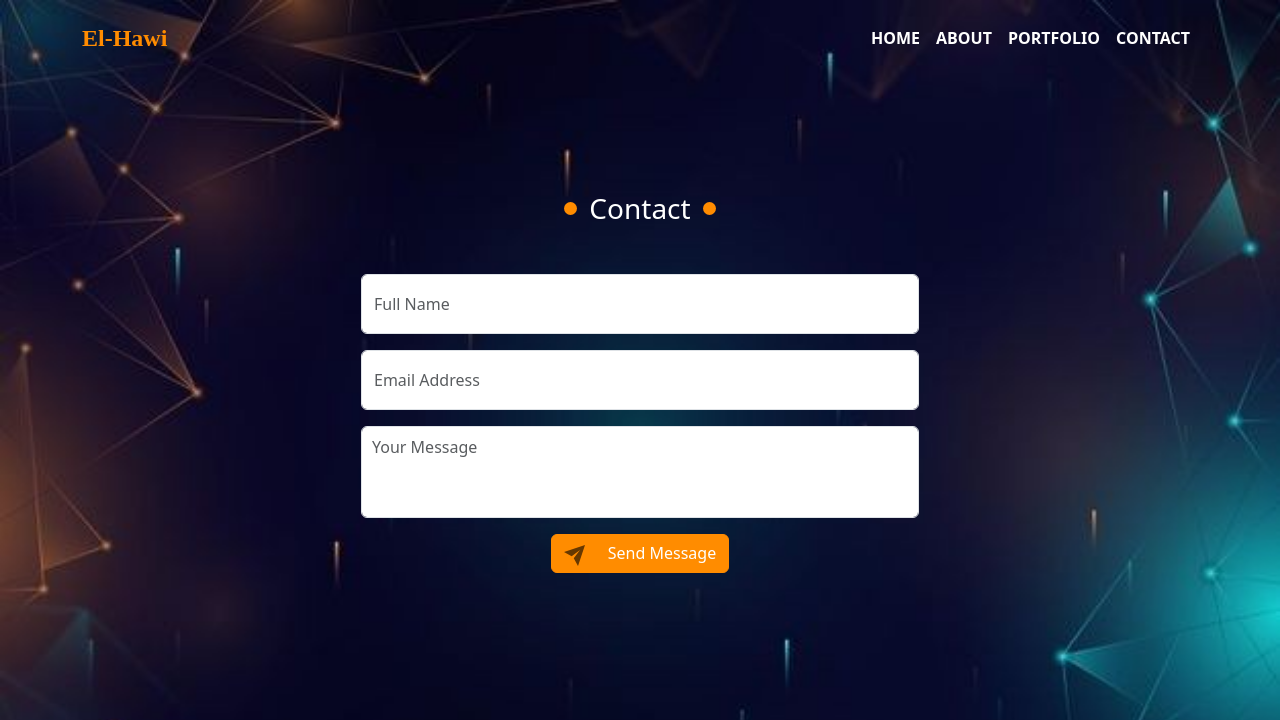
Repository: amralhawi123/Portfolio
Page: /contact
These files come from the project's save history. The page is drawn as it stood at one moment and after the next save; the edit follows.
The browser window is 1280 px wide. The pictures show the whole page.
The project was rebuilt for these pictures with package versions that can differ from the ones it lists, and the page was loaded fresh each time. Also part of the build but not shown: src/components/landing/landing.css, src/components/landing/landing.js, src/components/about/about.css, src/components/about/About.js, src/components/Portfolio/portfolio.css, src/components/Portfolio/Portfolio.js. Imported but missing from the stored project, and not drawn on this page: src/image/Amr Mahmoud Alhawi.pdf.

Above is the page before, as saved 2023-08-28 17:46:45.

### public/index.html
<!DOCTYPE html>
<html lang="en">
  <head>
    <meta charset="utf-8" />
    <link rel="icon" href="%PUBLIC_URL%/favicon.ico" />
    <meta name="viewport" content="width=device-width, initial-scale=1" />
    <meta name="theme-color" content="#000000" />
    <meta
      name="description"
      content="Web site created using create-react-app"
    />
    <link rel="stylesheet" href="https://cdnjs.cloudflare.com/ajax/libs/font-awesome/6.4.2/css/all.min.css" integrity="sha512-z3gLpd7yknf1YoNbCzqRKc4qyor8gaKU1qmn+CShxbuBusANI9QpRohGBreCFkKxLhei6S9CQXFEbbKuqLg0DA==" crossorigin="anonymous" referrerpolicy="no-referrer" />

    <link rel="apple-touch-icon" href="%PUBLIC_URL%/logo192.png" />
    <link rel="manifest" href="%PUBLIC_URL%/manifest.json" />
    <title>My Portfolio</title>
  </head>
  <body>
    <!-- <noscript>You need to enable JavaScript to run this app.</noscript> -->
    <div id="root"></div>

  </body>
</html>

### src/components/navbar/MayNav.js
import React from 'react'
import './Maynav.css'
import { Nav, Navbar } from 'react-bootstrap'

const MayNav = () => {
  return (
       <div className='myNav'>
      <Navbar    expand="lg" data-bs-theme="dark">
      <Navbar.Brand href="#home" className='fs-4'>El-Hawi</Navbar.Brand>
        <Navbar.Toggle aria-controls="basic-navbar-nav" />
        <Navbar.Collapse id="basic-navbar-nav">
        <Nav className="ms-auto links">
            <Nav.Link href="#home">HOME</Nav.Link>
            <Nav.Link href="#about">ABOUT</Nav.Link>
            <Nav.Link href="#portfolio">PORTFOLIO</Nav.Link>
            <Nav.Link href="#contact">CONTACT</Nav.Link>
          </Nav>
        </Navbar.Collapse>
    </Navbar>
     </div>

  )
}

export default MayNav

### src/components/contact/contact.js
import React from 'react'
import './contact.css'
import { Button, Form } from 'react-bootstrap'
import send from '../../image/send-icon.svg'
const Contact = () => {
  return (
    <div className='contact text-center' id='contact'>
      <h3 className=' my-3'>Contact</h3>
       <Form className=' my-3'>
      <Form.Group className="my-3" controlId="formBasicEmail">
        <Form.Control type="text" placeholder="Full Name" />
      </Form.Group>
      <Form.Group className="my-3" controlId="formBasicEmail">
        <Form.Control type="email" placeholder="Email Address" />
      </Form.Group>

      <Form.Group className="my-3" controlId="formBasicPassword">
        <Form.Control type="text" className='heghit' placeholder="Your Message" />
      </Form.Group>
      <Button variant="primary" className='button' type="submit">
        <img src={send} alt='send' style={{color: "white", marginRight:"20px"}} />Send Message
      </Button>
    </Form>
    </div>
  )
}

export default Contact

### src/components/navbar/Maynav.css
.myNav .navbar-brand{
   font-weight: bold ;
   font-family: auto;
   color:darkorange;
}

.navbar-toggler{
   background-color: white !important;
}
@media (max-width:576px) {
   .navbar-toggler{
      display: none !important;
   }
   .collapse:not(.show) {
      display: block !important;
  }
}
.myNav .links a {
   display: flex;
    justify-content: center;
    align-items: center;
    height: 60px;
    padding: 0 20px;
    position: relative;
    transition: .2s;
    overflow: hidden;
    text-decoration: auto;
    color: white;
    font-weight: 700;
}
.myNav .links a::before{
   content: '';
   position: absolute;
   width: 100%;
   height: 3px;
   background-color: darkorange;
   top: 0;
   left: -100%;
   transition: .2s;
}
.myNav .links a:hover::before {
   left: 0;
}
@media (max-width:576px) {
   .navbar-toggler{
      display: none !important;
   }
   .collapse:not(.show) {
      display: block !important;
  }
  .navbar-nav {
    flex-direction: row !important;
  }
  .myNav .links a{
   padding: 0 15px;
  }
  .navbar{
   display: block !important;
   text-align: center;
  }
  .myNav .links a::before{
   top: 94%;
   left: -100%;
   transition: .2s;
}

}

### src/components/contact/contact.css
.contact{
   margin: 100px 0;
    text-align: center;
    display: flex;
    flex-direction: column;
    align-items: center;
}


form{
   width: 50%;
}
form input{
   height: 60px;
}
form .heghit{
   padding: 20px 0 70px 10px;
}
.button{
   background-color: darkorange !important;
   border-color: darkorange !important;
}
.contact  h3{
   color: white;
   position: relative;
   display: inline-block;
}
.contact  h3::before{
   content: '';
   position: absolute;
   background-color: darkorange;
   width: 13px;
   height: 13px;
   border-radius: 50%;
   left: -25px;
   top: 30%;
}
.contact  h3::after{
   content: '';
   position: absolute;
   background-color: darkorange;
   width: 13px;
   height: 13px;
   border-radius: 50%;
   right: -25px;
   top: 30%;
}

Loaded but not shown: src/index.js (common file); src/App.js (common file); src/index.css (common file)

After the next save:
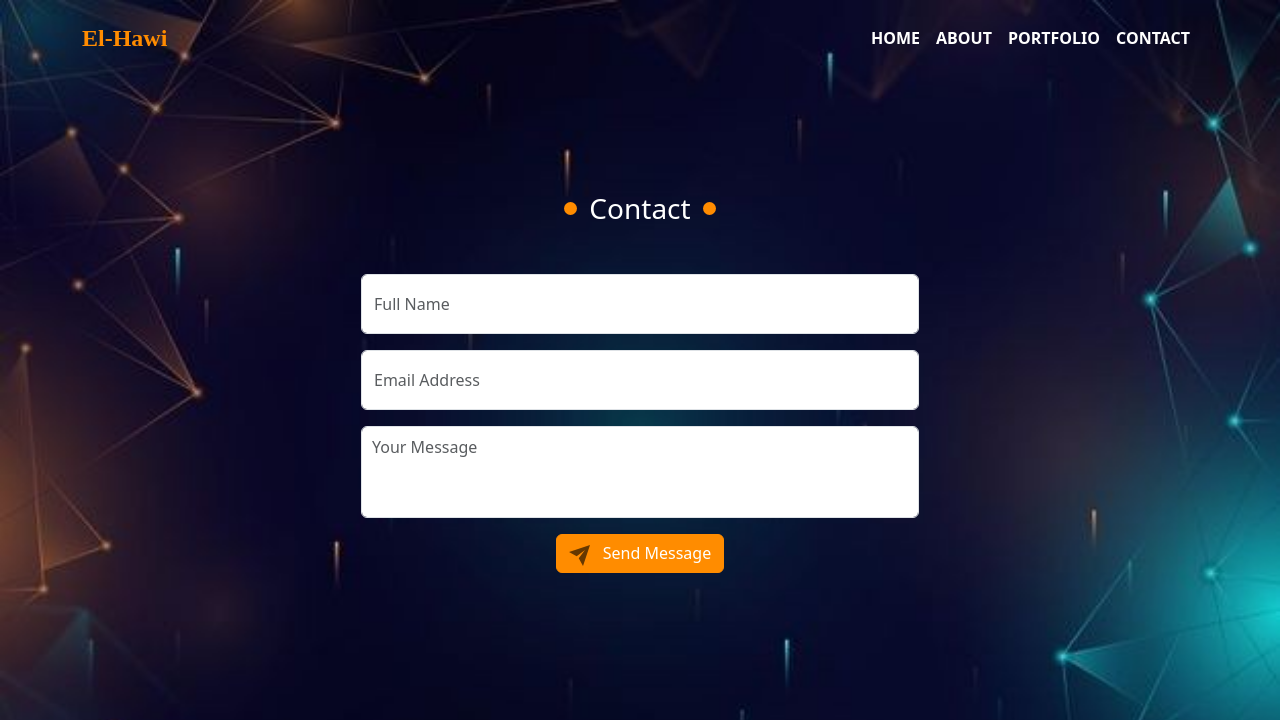
Saved 10 s later.
--- a/src/components/contact/contact.js
+++ b/src/components/contact/contact.js
@@ -18,7 +18,7 @@ const Contact = () => {
         <Form.Control type="text" className='heghit' placeholder="Your Message" />
       </Form.Group>
       <Button variant="primary" className='button' type="submit">
-        <img src={send} alt='send' style={{color: "white", marginRight:"20px"}} />Send Message
+        <img src={send} alt='send' style={{color: "white", marginRight:"10px"}} />Send Message
       </Button>
     </Form>
     </div>
